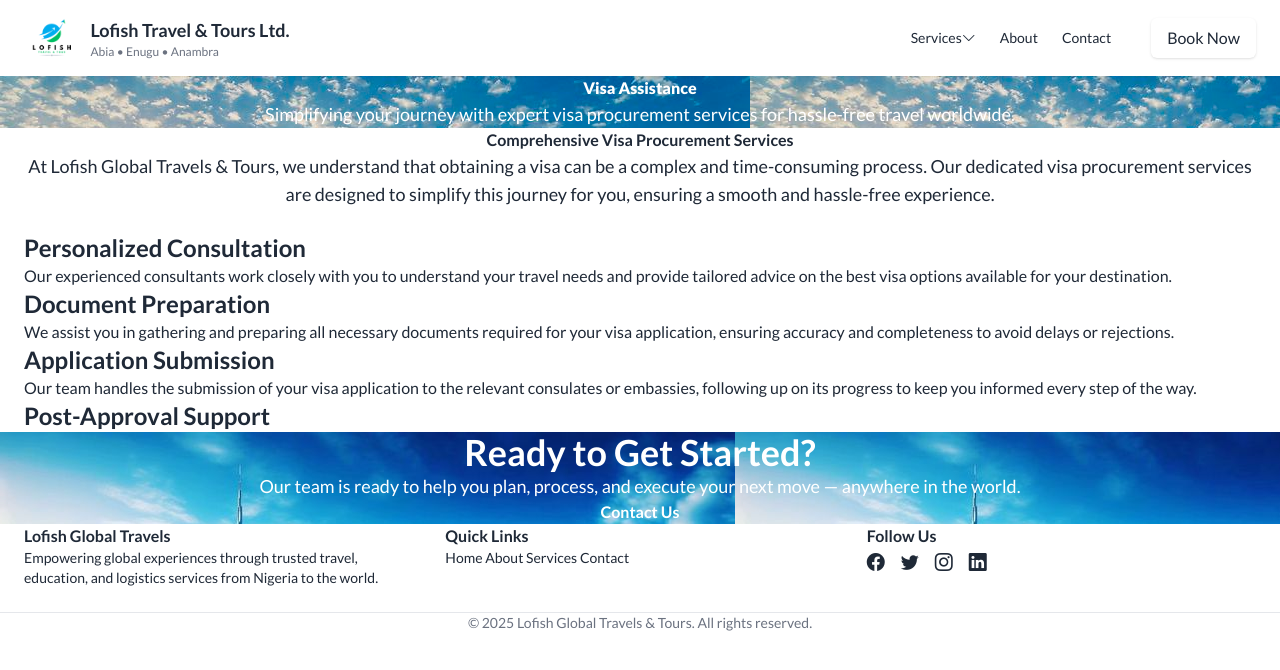
Repository: PhantomMiles/Lofish-Travels-and-Tours
Page: visa.html
The author's editor kept a copy of each file at every save. The page is drawn from the files as they stood at one save, then again after the next save.
The browser window is 1280 px wide. The pictures show the whole page.

Above is the page before, as saved 2025-11-14 12:33:15.

After the next save:
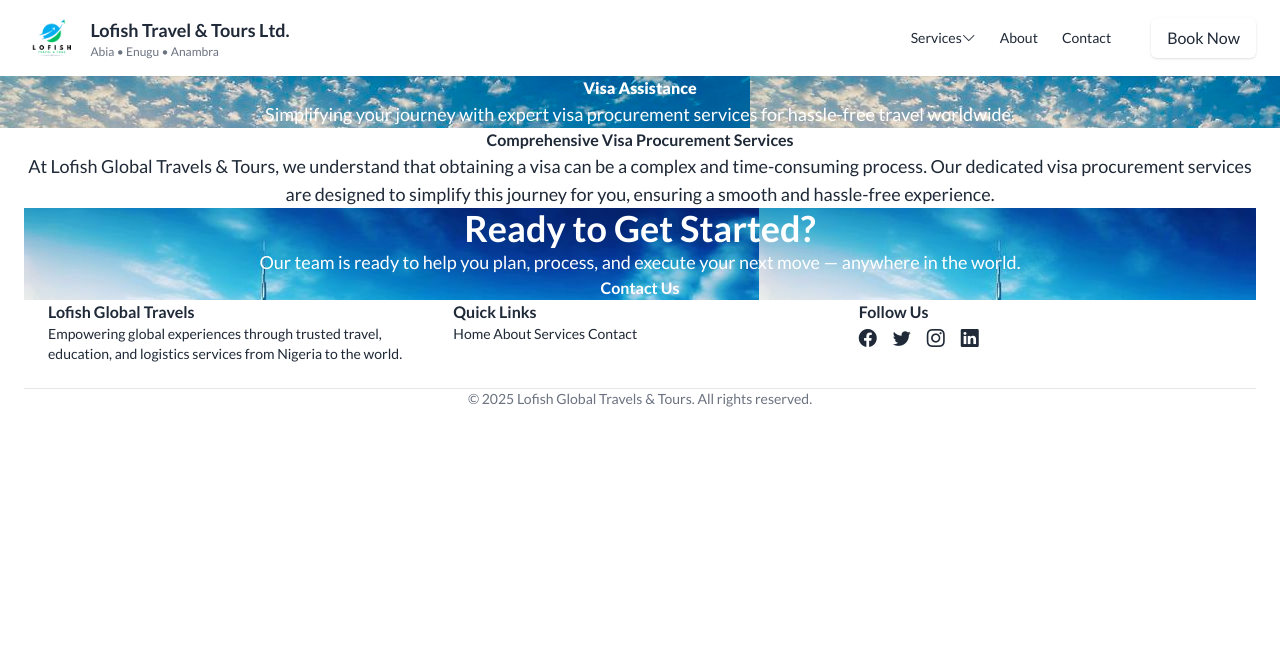
Saved 5 min 12 s later.
--- a/visa.html
+++ b/visa.html
@@ -121,34 +121,7 @@
         At Lofish Global Travels & Tours, we understand that obtaining a visa can be a complex and time-consuming process. Our dedicated visa procurement services are designed to simplify this journey for you, ensuring a smooth and hassle-free experience.
       </p>
 
-      <article class="mb-8">
-        <h3 class="mb-4 text-2xl font-semibold">Personalized Consultation</h3>
-        <p class="text-gray-700">
-          Our experienced consultants work closely with you to understand your travel needs and provide tailored advice on the best visa options available for your destination.
-        </p>
-      </article>
-
-      <article class="mb-8">
-        <h3 class="mb-4 text-2xl font-semibold">Document Preparation</h3>
-        <p class="text-gray-700">
-          We assist you in gathering and preparing all necessary documents required for your visa application, ensuring accuracy and completeness to avoid delays or rejections.
-        </p>
-      </article>
-
-      <article class="mb-8">
-        <h3 class="mb-4 text-2xl font-semibold">Application Submission</h3>
-        <p class="text-gray-700">
-          Our team handles the submission of your visa application to the relevant consulates or embassies, following up on its progress to keep you informed every step of the way.
-        </p>
-      </article>
-
-      <article>
-        <h3 class="mb-4 text-2xl font-semibold">Post-Approval Support</h3>
-        <p class="text-gray-700">
-          Once your visa is approved, we provide guidance on travel arrangements and any additional requirements, ensuring you are fully prepared for your journey.
-        </p>
-      </article>
-    </section>
+
 
     <!-- ========================================================= -->
 
